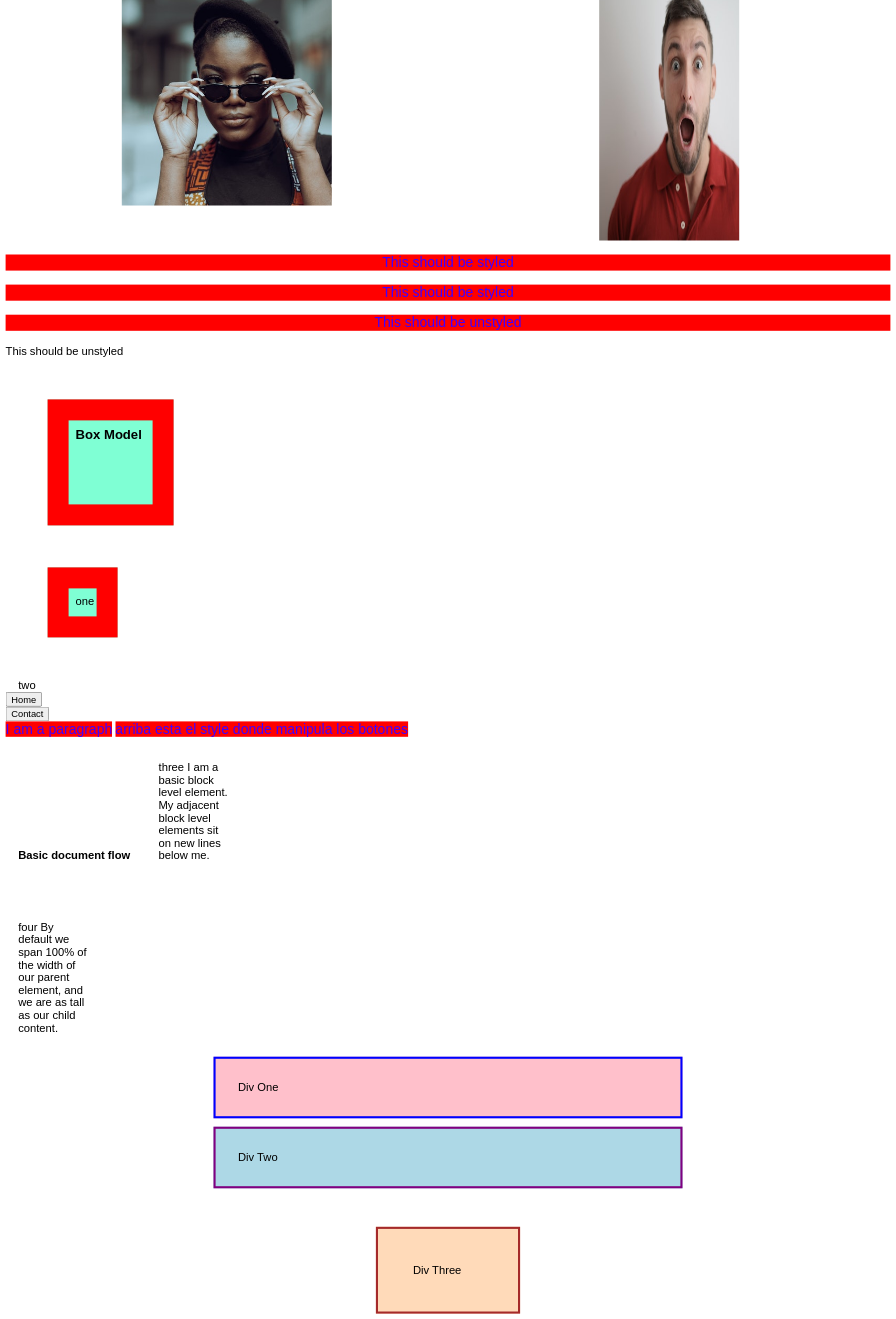
Repository: HeliosAI9/First-test-website
Page: mywebsite/html-boilerplate/pagetwo.html
The author's editor kept a copy of each file at every save. The page is drawn from the files as they stood at one save, then again after the next save.
The browser window is 1280 px wide. The pictures show the part of the page from y = 1112 to 3032 px (the page is 2996 px tall before and 3032 px after), at 70% of full size.

Above is the page before, as saved 2023-05-31 10:04:36.
Not found: mywebsite/html-boilerplate/script.js

### mywebsite/html-boilerplate/pagetwo.html
<!DOCTYPE html>
<html lang="en">
<head>
  <meta charset="UTF-8">
  <meta http-equiv="X-UA-Compatible" content="IE=edge">
  <meta name="viewport" content="width=device-width, initial-scale=1.0">
  <title>Combined Assignments</title>
  <link rel="stylesheet" href="css/style.css">
</head>
<body>
  <h1>Hello World!</h1>

  <div class="first-element">First Element</div>
  <div class="second-element">Second Element</div>
  <p class="odd">Number 1 - in my class</p>
  <p id="second">Number 2 in life and one in ID</p>
  <p class="odd">I'm a class but cooler 3</p>
  <p id="fourth" class="odd">I'm another ID</p>
  <p class="odd">I'm a class</p>

  <button class="inverted">Click Me!</button>
  <button class="fancy">No, Click Me!</button>

  <h2>Cascade and Specificity</h2>
  <p class="para">This exercise focuses on understanding the cascade and specificity in CSS.</p>
  <p class="para small-para">By adjusting the rule order and selector specificity, we can control how styles are applied to elements.</p>
  <button id="confirm-button" class="button confirm">Understanding the cascade helps us avoid conflicts and create targeted styles for specific elements.</button>
  <button id="cancel-button" class="button cancel">We can leverage combinators, selectors, and rule order to achieve the desired style hierarchy.</button>
  <div class="text">By mastering the cascade, we gain greater control over the appearance of our web pages.</div>
  <div class="text">I'm a div with thin text and a child div!
    <div class="child">I'm a smaller child div with extra bold text.</div>
  </div>

  <div class="image-container">
    <img src="images/pexels-andrea-piacquadio-3777931.jpg" alt="Avatar" class="avatar proportioned">
    <img src="images/pexels-katho-mutodo-8434791.jpg" alt="Distorted" class="avatar distorted">
  </div>
  <div class="image-container">
    <img src="images/pexels-katho-mutodo-8434791.jpg" alt="Avatar" class="avatar proportioned">
    <img src="images/pexels-andrea-piacquadio-3777931.jpg" alt="Distorted" class="avatar distorted">
  </div>

  <div>
    <p>This should be styled</p>
    <div>
      <p>This should be styled</p>
      <p>This should be unstyled</p>
    </div>
  </div>
  <p>This should be unstyled</p>

  <h3 class="class">Box Model</h3>
  <p class="one">one</p>
  <p class="two">two</p>


  <script src="script.js"></script>

  <div id="my-section">
    <style>
      #my-section button {
        display: block;
      }
      #my-section p {
        display: inline;
      }
    </style>
    <button>Home</button>
    <button>Contact</button>
    <p>I am a paragraph</p>
    <p>arriba esta el style donde manipula los botones</p>
  </div>


  <h4 class="class">Basic document flow</h4>

  <p class="three">three I am a basic block level element. My adjacent block level elements sit on new
    lines below me.
  </p>

  <p class="four">four By default we span 100% of the width of our parent element, and we are as tall
    as our child content.
  </p>

  <div class="div-one assignment-div">Div One</div>
  <div class="div-two assignment-div">Div Two</div>
  <div class="div-three assignment-div">Div Three</div>

</body>
</html>

### mywebsite/html-boilerplate/css/style.css
/* Styles from your previous assignments */
.first-element {
    background-color: black;
    color: white;
    font-size: 28px;
    font-family: "Helvetica", "Times New Roman", sans-serif;
  }

  .second-element {
    background-color: yellow;
    font-size: 28px;
    font-family: "Helvetica", "Times New Roman", sans-serif;
  }

  .odd {
    background-color: lightpink;
    font-family: "Verdana", "DejaVu Sans", sans-serif;
  }

  #second {
    color: blue;
    font-size: 36px;
  }

  #fourth {
    background-color: lightgreen;
    font-size: 24px;
    font-weight: bold;
  }

  /* Styles from the new assignment */
  .avatar.proportioned {
    width: 300px;
    aspect-ratio: 1/1; /* Maintain original square proportions */
  }

  .avatar.distorted {
    width: 200px;
    height: 400px; /* Height is twice the width */
  }

  .image-container {
    display: grid;
    grid-template-columns: repeat(2, 1fr); /* Update the value to 1fr */
    gap: 0; /* Set the gap value to 0 */
    justify-items: center; /* Center the items horizontally */
    align-items: center; /* Center the items vertically */
  }

  div p {
    background-color: rgb(255, 0, 0);
    color: rgb(64, 0, 255);
    font-size: 20px;
    text-align: center;
  }

  body {
    font-family: Arial, Helvetica, sans-serif;
  }

  h2.para,
  h2.small-para {
    color: hsl(0, 0%, 0%);
    font-weight: 800;
  }

  h2.para {
    font-size: 22px;
  }

  .button.confirm {
    background-color: green;
    color: white;
    font-weight: bold;
  }

  h2.text .child {
    color: rgb(0, 0, 0);
    font-weight: 800;
    font-size: 14px;
  }

  h3.class {
    background-color: aquamarine;
    padding: 10px;
    border: 30px solid red;
    margin: 60px;
    height: 100px;
    width: 100px;
  }

  .one {
    background-color: aquamarine;
    padding: 10px;
    border: 30px solid red;
    margin: 60px;
    height: 100px;
    width: 100px;
    box-sizing: border-box;
  }

  .two {
    display: inline;
    width: 100px;
    height: 160px;
    padding: 18px;
  }

  h4.class {
    display: inline;
    width: 100px;
    height: 160px;
    padding: 18px;
  }

  .three {
    display: inline-block;
    width: 100px;
    height: 160px;
    padding: 18px;
  }

  .four {
    display: block;
    width: 100px;
    height: 160px;
    padding: 18px;
  }

  .assignment-div {
    padding: 32px;
    max-width: 600px;
    margin: 0 auto;
  }

  .assignment-div.div-one {
    margin-bottom: 12px;
    background: pink;
    border: 3px solid blue;
    padding: 32px;

  }

  .assignment-div.div-two {
    margin-bottom: 55px;
    background: lightblue;
    border: 3px solid purple;
  }

  .assignment-div.div-three {
    margin-left: left;
    background: peachpuff;
    border: 3px solid brown;
    width: 100px;
    padding: 50px;

  }

After the next save:
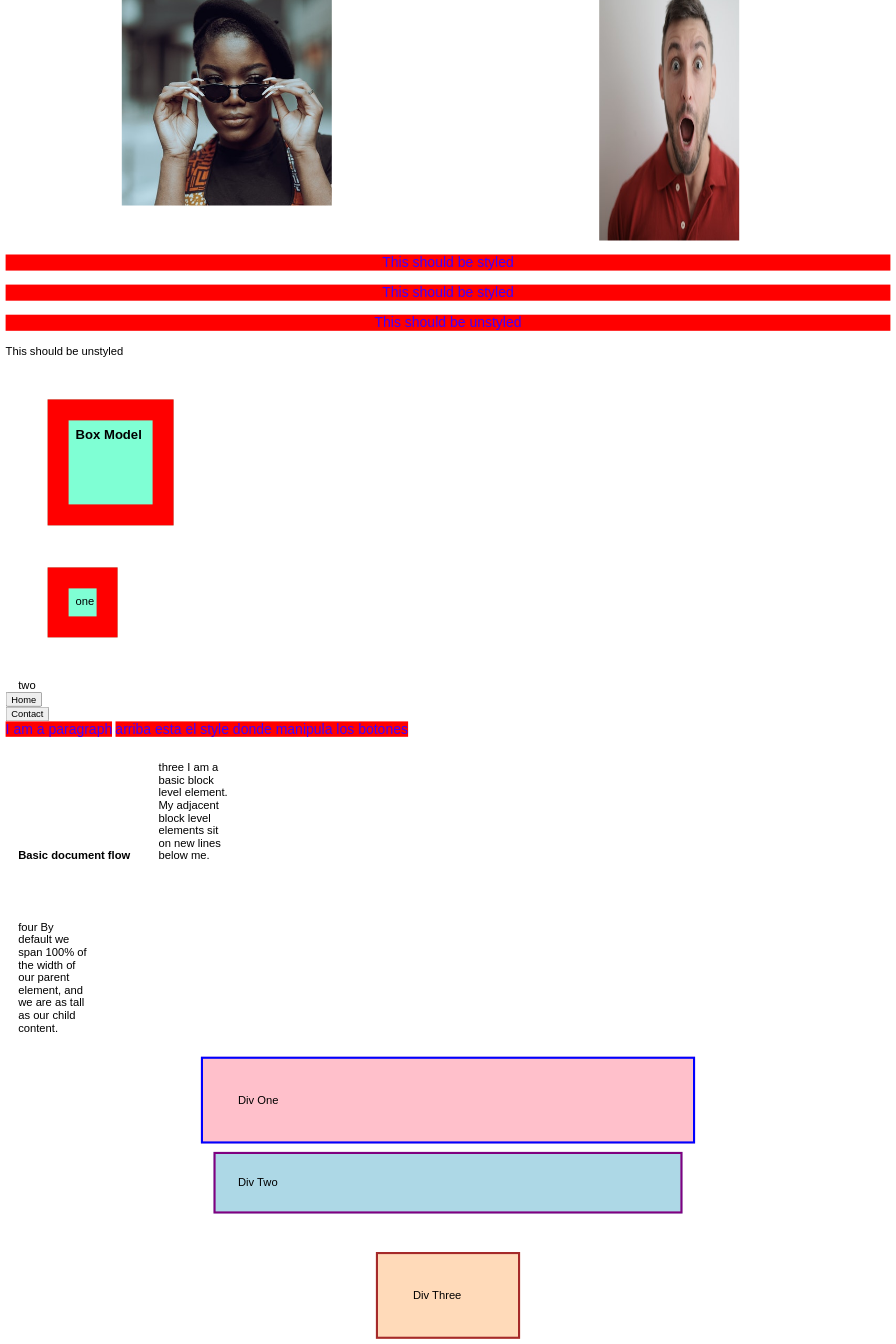
Saved 18 s later.
--- a/mywebsite/html-boilerplate/css/style.css
+++ b/mywebsite/html-boilerplate/css/style.css
@@ -137,7 +137,7 @@
     margin-bottom: 12px;
     background: pink;
     border: 3px solid blue;
-    padding: 32px;
+    padding: 50px;
 
   }
 
